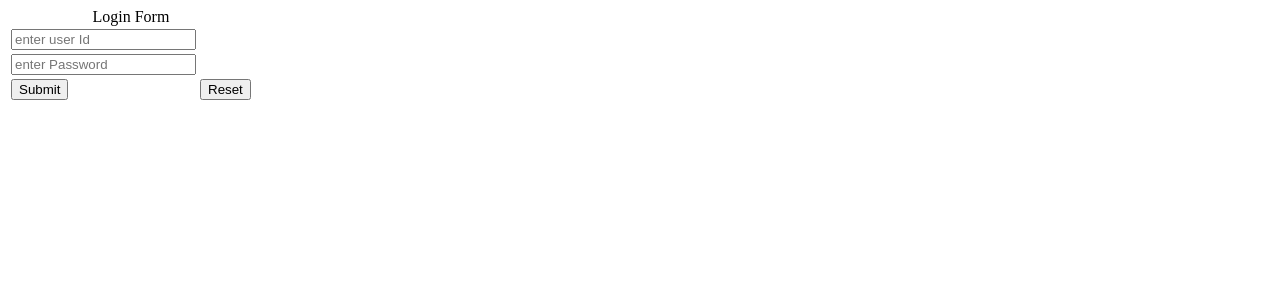
Repository: AdarshK062/BasicServlet
Page: http://localhost/Project1/
An editor plug-in stored every save of this project. The page is shown before and after the next save, followed by the edit.
The browser window is 1280 px wide. The pictures show the whole page.
The page is served by Tomcat 9.

Above is the page before, as saved 2021-03-28 18:55:07.

After the next save:
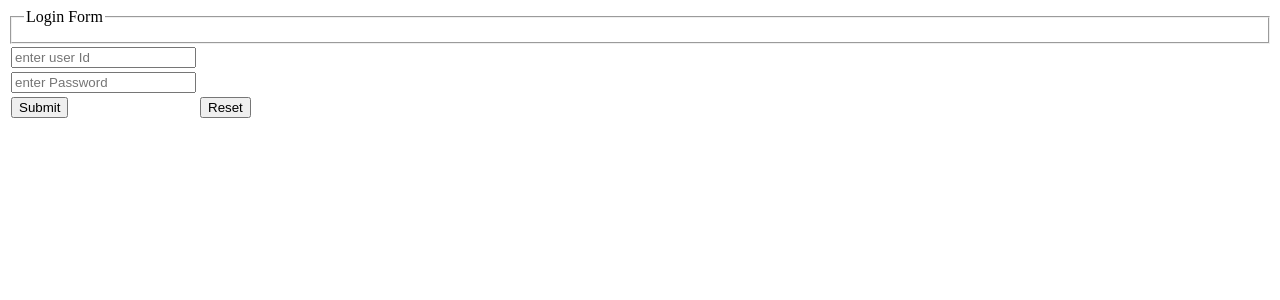
Saved 103 s later.
--- a/Project1/WebContent/index.jsp
+++ b/Project1/WebContent/index.jsp
@@ -9,7 +9,8 @@
 <body>
 <form action="LoginServlet" method="post">
 <table>
-<caption>Login Form</caption>
+<fieldset>
+<legend>Login Form</legend>
 <tr>
 	<th>
 	<input type="text" name="userId" placeholder="enter user Id"/>
@@ -28,6 +29,7 @@
 	<input type="reset"/>
 	</td>
 </tr>
+</fieldset>
 </table>
 </form>
 </body>

After the save that followed:
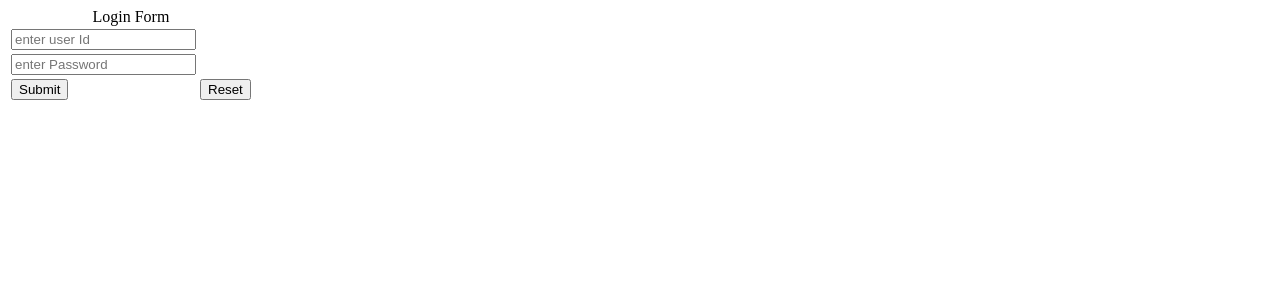
Saved 37 s later.
--- a/Project1/WebContent/index.jsp
+++ b/Project1/WebContent/index.jsp
@@ -9,8 +9,7 @@
 <body>
 <form action="LoginServlet" method="post">
 <table>
-<fieldset>
-<legend>Login Form</legend>
+<caption>Login Form</caption>
 <tr>
 	<th>
 	<input type="text" name="userId" placeholder="enter user Id"/>
@@ -29,7 +28,6 @@
 	<input type="reset"/>
 	</td>
 </tr>
-</fieldset>
 </table>
 </form>
 </body>
